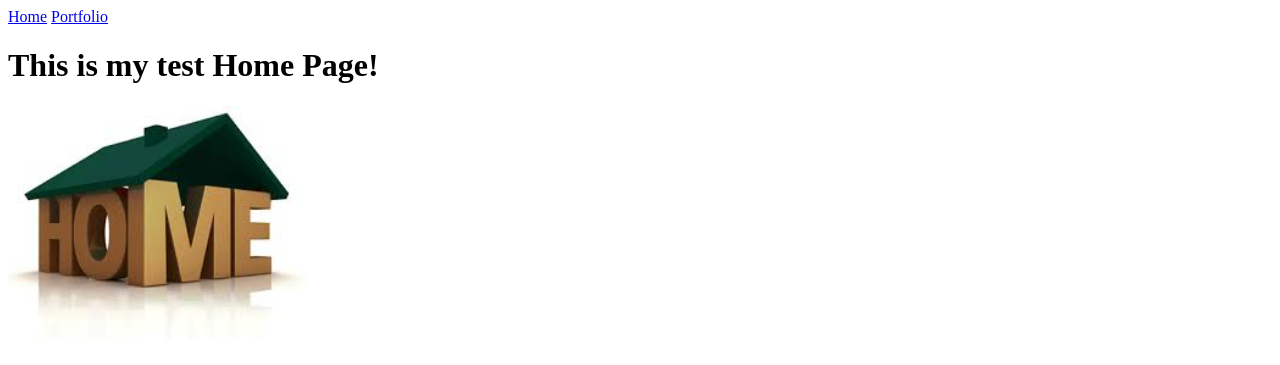
Repository: spacemanmcfly/spacemanmcfly.github.io
Page: my_website/index.html
The author's editor kept a record of every edit. The page is drawn from the files as they stood at one moment, then again after the next edit.
The browser window is 1280 px wide. The pictures show the whole page.

Above is the page before.

After the next edit:
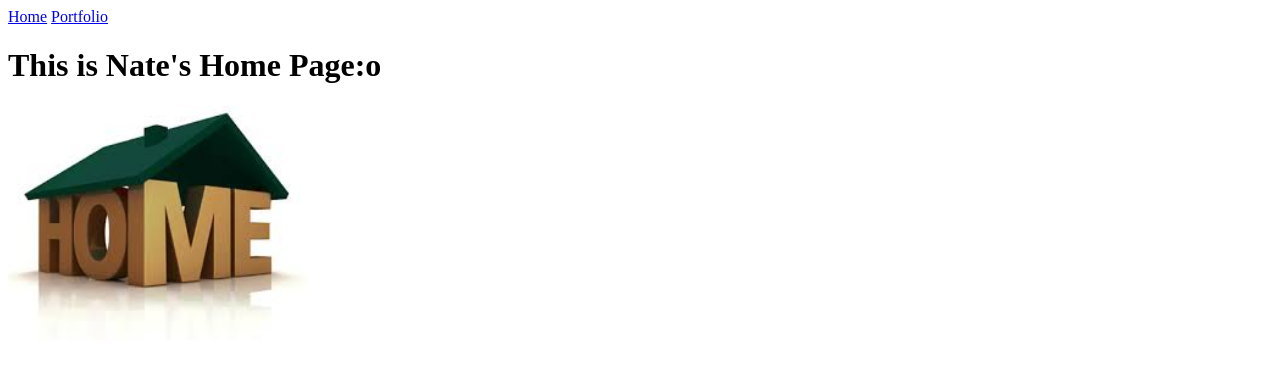
The edit:
--- a/my_website/index.html
+++ b/my_website/index.html
@@ -7,7 +7,7 @@
   <body>
     <a href="index.html">Home</a>
     <a href="portfolio.html">Portfolio</a>
-    <h1>This is my test Home Page!</h1>
+    <h1>This is Nate's Home Page:o</h1>
     <img src="images/home.jpg" height="250">
   </body>
 </html>
